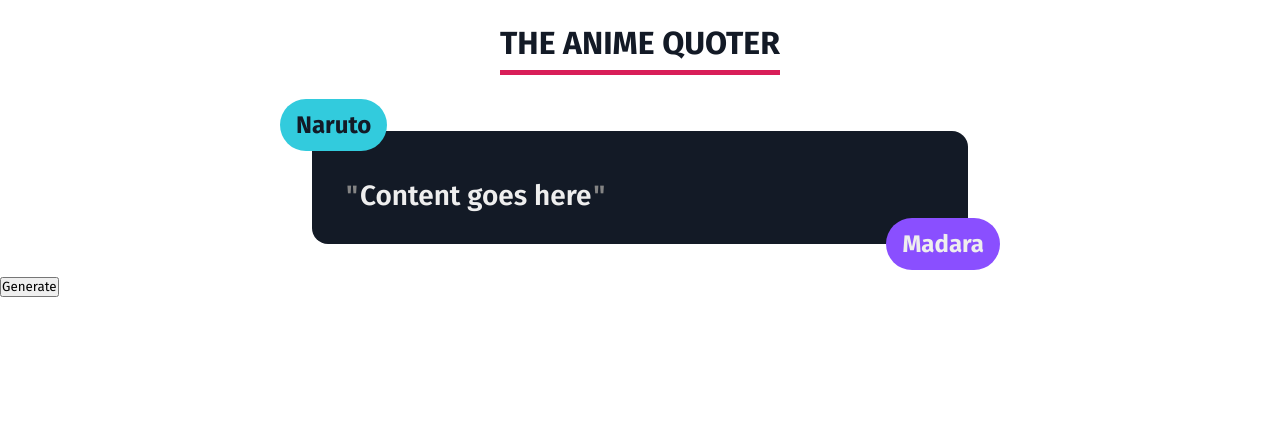
Repository: kate30980/quote-generator-vuejs
Page: /
An editor plug-in stored every save of this project. The page is shown before and after the next save, followed by the edit.
The browser window is 1280 px wide. The pictures show the whole page.
The page's requests for data from a server got no answer. The project was rebuilt for these pictures with package versions that can differ from the ones it lists, and the page was loaded fresh each time. No one was signed in, and anything a server would have sent is missing.

Above is the page before, as saved 2021-08-24 15:05:22.

### public/index.html
<!DOCTYPE html>
<html lang="">

<head>
  <meta charset="utf-8">
  <meta http-equiv="X-UA-Compatible" content="IE=edge">
  <meta name="viewport" content="width=device-width,initial-scale=1.0">
  <link rel="icon" href="<%= BASE_URL %>favicon.ico">
  <title>
    <%= htmlWebpackPlugin.options.title %>
  </title>
  <link rel="preconnect" href="https://fonts.googleapis.com">
  <link rel="preconnect" href="https://fonts.gstatic.com" crossorigin>
  <link href="https://fonts.googleapis.com/css2?family=Fira+Sans:wght@300;400;600;700&display=swap" rel="stylesheet">
</head>

<body>
  <noscript>
    <strong>We're sorry but <%= htmlWebpackPlugin.options.title %> doesn't work properly without JavaScript enabled.
        Please enable it to continue.</strong>
  </noscript>
  <div id="app"></div>
  <!-- built files will be auto injected -->
</body>

</html>

### src/App.vue
<template>
  <div class="app">
    <Header title="The Anime Quoter" />
    <Quote :quote="quote" />
    <div class="button-container">
      <button @click="getQuote">Generate</button>
    </div>
  </div>
</template>

<script>

import Header from './components/Header.vue';
import Quote from './components/Quote.vue';

export default {
  name: 'App',
  components: {
    Header,
    Quote
  },
  data(){
    return{
      quote: {
        content: 'Content goes here',
        anime: 'Naruto',
        character: 'Madara'
      },
      quotes: [],
    }
  },
  methods: {
    async getQuote(){
      const data = await fetch('https://animechan.vercel.app/api/random').then(res => res.json());

      this.quote = {
        content: data.quote,
        anime: data.anime,
        character: data.character,
      };
    }
  },
  created(){
    this.getQuote();
  }
}
</script>

<style Lang="sass">
:root{
  --primary: #D81E58;
  --secondary: #8A4FFF;
  --tertiary: #32CBDD;
  --dark: #131A26;
  --light: #EEE;
  --grey: #848484;
}
*{
  margin: 0;
  padding: 0;
  box-sizing: border-box;
  font-family: 'Fira Sans', sans-serif;
}
</style>

### src/components/Header.vue
<template>
    <header>
        <h1>{{ title }}</h1>
    </header>
</template>

<script>
export default {
  props: ['title']
}
</script>


<style Lang="sass" scoped>
header{
    padding: 24px 32px;
    display: flex;
    justify-content: center;
}
h1{
    font-size: 32px;
    color: var(--dark);
    font-weight: 700;
    text-align: center;
    text-transform: uppercase;
    padding-bottom: 8px;
    border-bottom: 5px solid var(--primary);

}
</style>

### src/components/Quote.vue
<template>
  <section class="quote">
      <div class="quote-content">
          {{ quote.content }}
      </div>
      <div class="quote-info">
        <div class="quote-anime">
            {{ quote.anime }}
        </div>
        <div class="quote-author">
            {{ quote.character }}
        </div>
      </div>
  </section>
</template>

<script>
export default {
  props: ['quote']
}
</script>


<style Lang="sass" scoped>
.quote{
    position: relative;
    margin: 0 auto;
    padding: 32px;
    max-width: 720px;
}
.quote-content{
    position: relative;
    font-size: 28px;
    font-weight: 600;
    background-color: var(--dark);
    color: var(--light);
    padding: 48px 32px 32px;
    border-radius:16px;
}
.quote-content:before, .quote-content:after{
    content: '"';
    color: var(--grey);
    margin: 0 2px;
}
.quote-info{
    position: absolute;
    top: 0;left: 0;right: 0;bottom: 0;
    padding: 32px;
}
.quote-author,.quote-anime{
    position: absolute;
    padding: 12px 16px;
    font-size: 24px;
    font-weight: 700;
    border-radius: 99px;
    color: var(--light);
    text-align: center;
}
.quote-author{
    top: calc(100% - 32px);right: 0;
    transform: translateY(-50%);
    background-color: var(--secondary );
}
.quote-anime{
    top: 0;
    left: 0;
    background-color: var(--tertiary);
    color: var(--dark);
}
</style>

Loaded but not shown: src/main.js (common file)

After the next save:
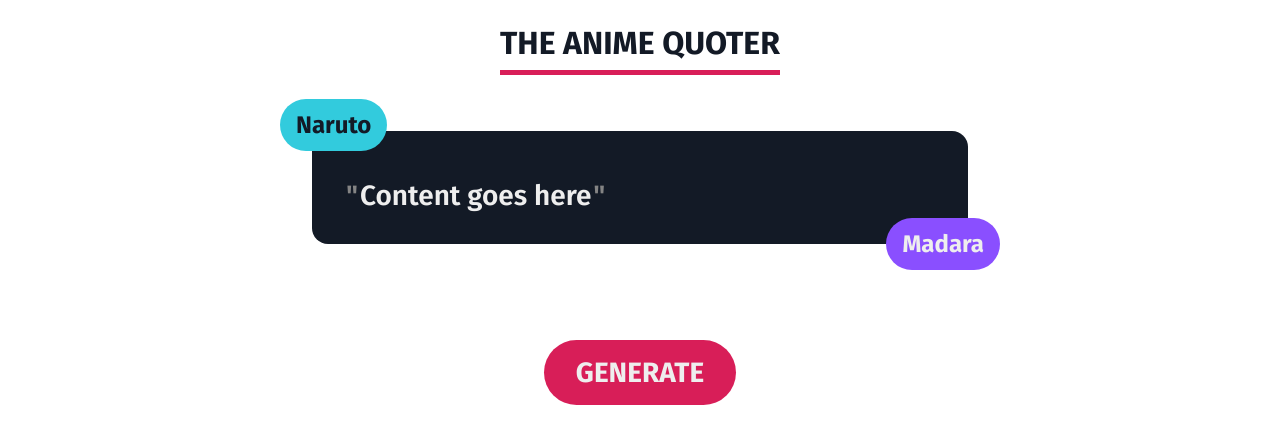
Saved 5 min 27 s later.
--- a/src/App.vue
+++ b/src/App.vue
@@ -61,4 +61,27 @@ export default {
   box-sizing: border-box;
   font-family: 'Fira Sans', sans-serif;
 }
+.button-container{
+  display: flex;
+  justify-content: center;
+  padding: 0px 32px;
+  margin: 64px auto;
+}
+button{
+  border:none;
+  outline: none;
+  background-color: var(--primary);
+
+  padding: 16px 32px;border-radius:99px;
+
+  color: var(--light);
+  font-size: 28px;
+  font-weight: 700;
+  text-transform: uppercase;
+  cursor: pointer;
+  transition: 0.4s;
+}
+button:hover{
+  background-color: var(--secondary);
+}
 </style>
